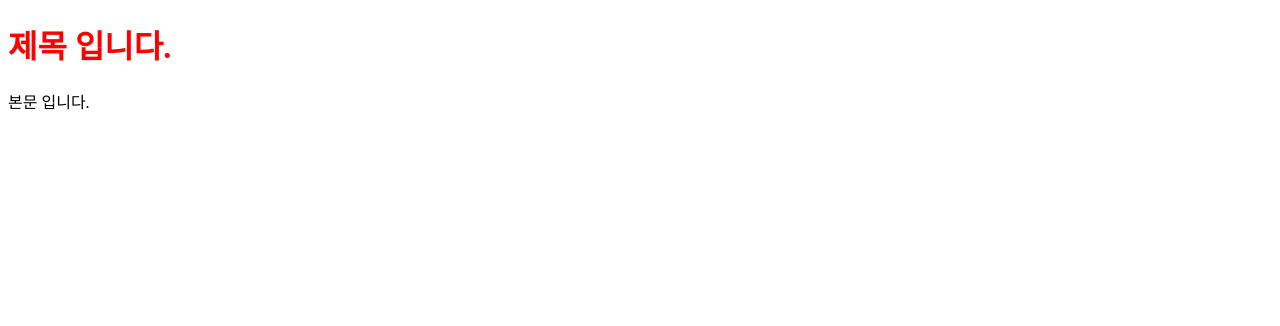
Repository: Pang-Ho/TIL
Page: JavaScript/workspace_web/csstest/WebContent/definition.html
The author's editor kept a copy of each file at every save. The page is drawn from the files as they stood at one save, then again after the next save.
The browser window is 1280 px wide. The pictures show the whole page.

Above is the page before, as saved 2021-08-20 04:12:14.

### JavaScript/workspace_web/csstest/WebContent/definition.html
<!DOCTYPE html>
<html>
<head>
<meta charset="UTF-8">
<title>Insert title here</title>
</head>
<body>
<h1 style="color:red;"> 제목 입니다.</h1>

<p> 본문 입니다.</p>


</body>
</html>

After the next save:
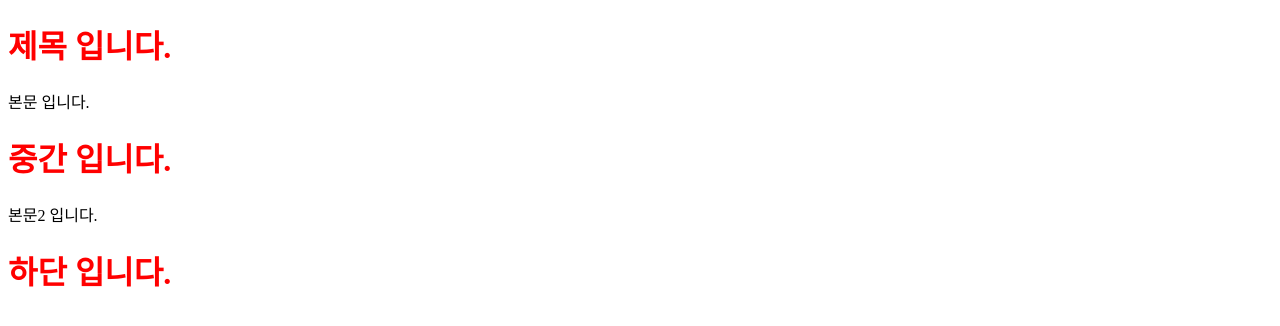
Saved 2 min 41 s later.
--- a/JavaScript/workspace_web/csstest/WebContent/definition.html
+++ b/JavaScript/workspace_web/csstest/WebContent/definition.html
@@ -9,6 +9,9 @@
 
 <p> 본문 입니다.</p>
 
+<h1 style="color:red;"> 중간 입니다.</h1>
 
+<p> 본문2 입니다.</p>
+<h1 style="color:red;"> 하단 입니다.</h1>
 </body>
 </html>
